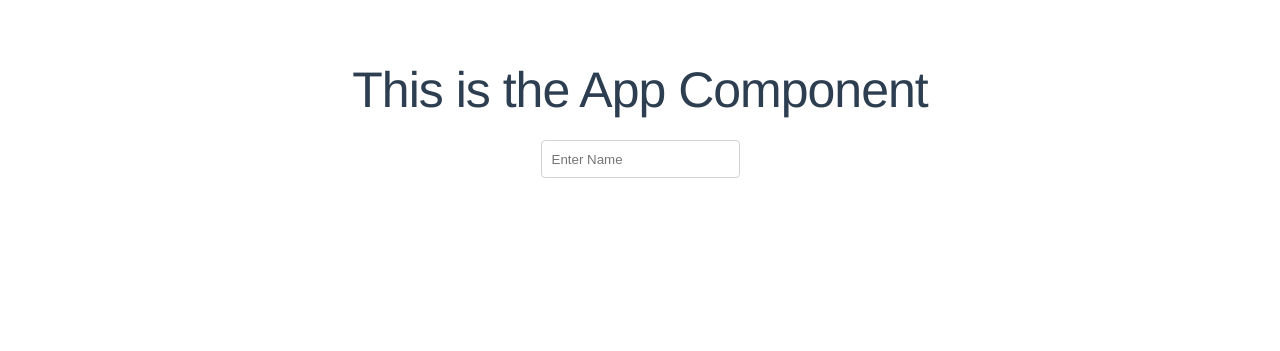
Repository: chsvk/Vue-JS-Course
Page: /
The author's editor kept a copy of each file at every save. The page is drawn from the files as they stood at one save, then again after the next save.
The browser window is 1280 px wide. The pictures show the whole page.
The project was rebuilt for these pictures with package versions that can differ from the ones it lists, and the page was loaded fresh each time.

Above is the page before, as saved 2019-03-18 03:14:19.

After the next save:
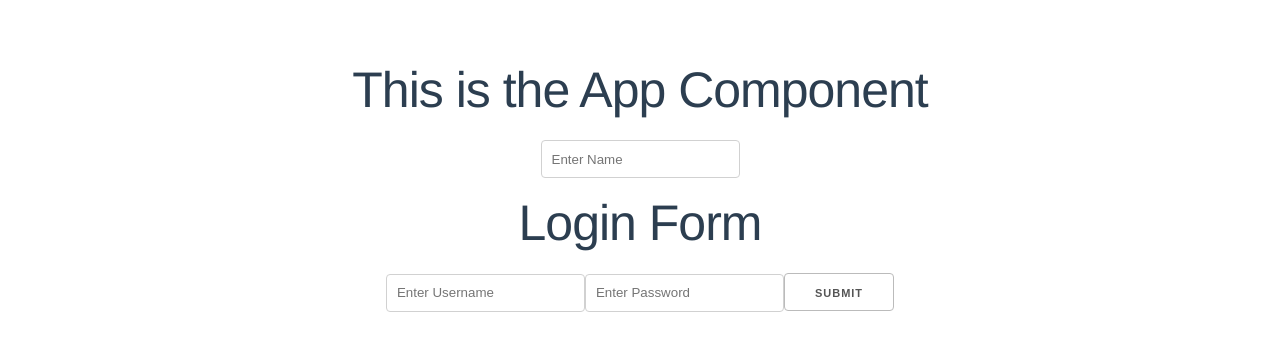
Saved 5 s later.
--- a/src/App.vue
+++ b/src/App.vue
@@ -2,16 +2,17 @@
   <div id="app">
     <h1>This is the App Component</h1>
     <input type="text" placeholder="Enter Name" v-model="name">
+    <Login/>
   </div>
 </template>
 
 
 <script>
-
+import Login from '@/components/Login'
 export default {
   name: 'app',
   components:{
-
+    Login
   },
   data(){
     return{
@@ -21,30 +22,25 @@
   methods: {
 
   },
-  beforeCreate(){
-    alert('Before Create')
-  },
-  created(){
-    alert('Created')
-  },
-  beforeMount(){
-    alert("Before Mount")
-  },
-  mounted(){
-    alert('Mounted')
-  },
-  beforeDestroy(){
-    alert('Before Destroy')
-  },
-  destroyed(){
-    alert('Destroyed')
-  },
-  beforeUpdate(){
-    alert('Before Update')
-  },
-  updated(){
-    alert('Updated')
-  }
+  // beforeCreate(){
+  //   alert('Before Create')
+  // },
+  // created(){
+  //   alert('Created')
+  // },
+  // beforeMount(){
+  //   alert("Before Mount")
+  // },
+  // mounted(){
+  //   alert('Mounted')
+  // },
+
+  // beforeUpdate(){
+  //   alert('Before Update')
+  // },
+  // updated(){
+  //   alert('Updated')
+  // }
 
 
 }
